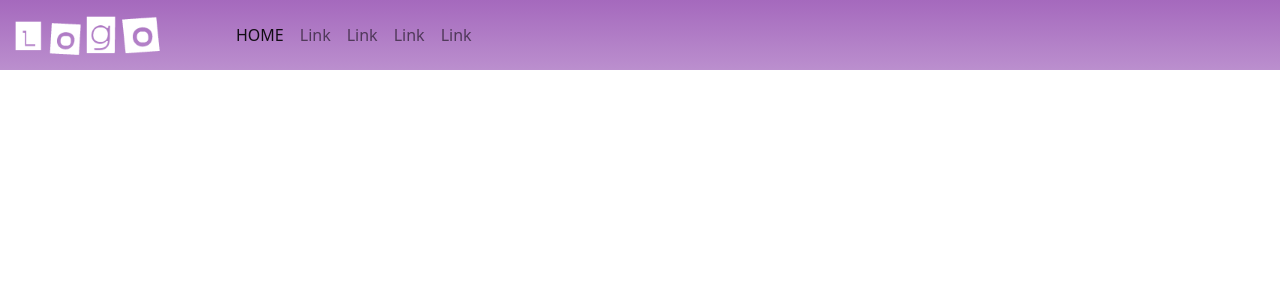
Repository: wadelfadill/Bootstrap_tache_2_website_design
Page: index.html
An editor plug-in stored every save of this project. The page is shown before and after the next save, followed by the edit.
The browser window is 1280 px wide. The pictures show the whole page.

Above is the page before, as saved 2023-04-04 17:24:27.

After the next save:
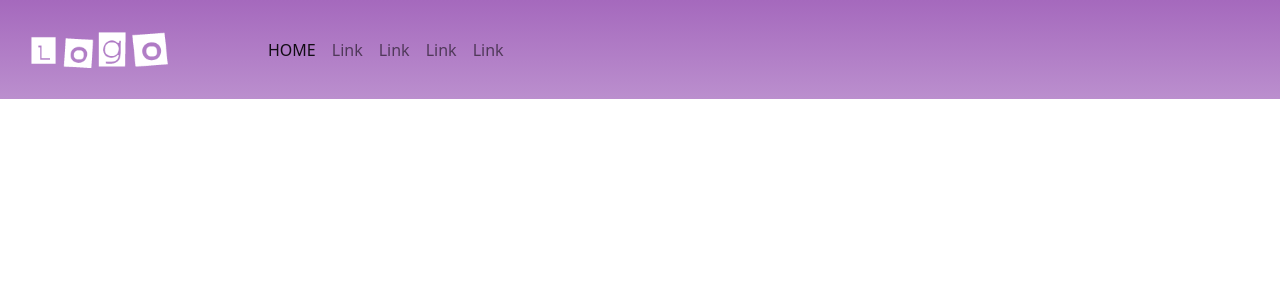
Saved 8 s later.
--- a/index.html
+++ b/index.html
@@ -16,7 +16,7 @@
     <section id="nav-bar">
         <nav class="navbar navbar-expand-lg navbar-light bg-">
             <div class="container-fluid">
-              <a class="navbar-brand" href="#"><img src="images/demo-logo.png" alt="" class="w-75 h-75" p-3></a>
+              <a class="navbar-brand" href="#"><img src="images/demo-logo.png" alt="" class="w-75 h-75 p-3"></a>
               <button class="navbar-toggler" type="button" data-bs-toggle="collapse" data-bs-target="#navbarSupportedContent" aria-controls="navbarSupportedContent" aria-expanded="false" aria-label="Toggle navigation">
                 <span class="navbar-toggler-icon"></span>
               </button>
